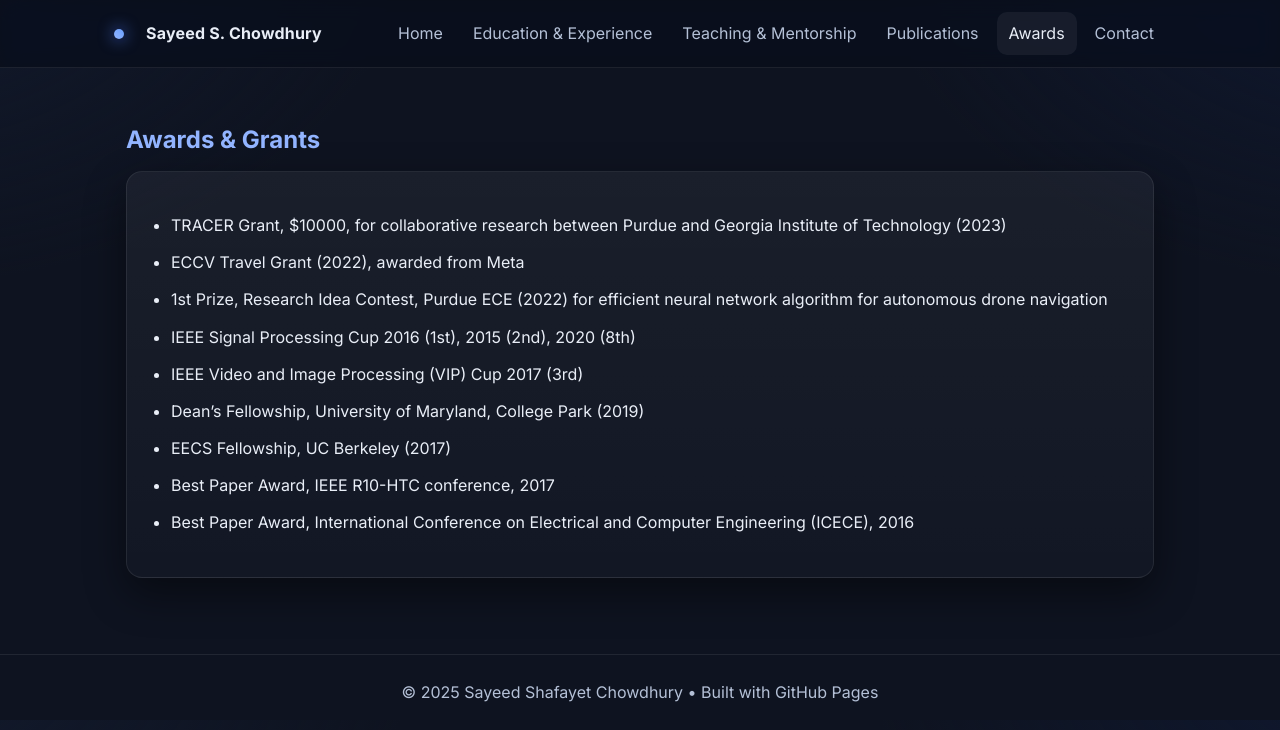
Repository: SayeedChowdhury/SayeedChowdhury.github.io
Page: awards.html
An editor plug-in stored every save of this project. The page is shown before and after the next save, followed by the edit.
The browser window is 1280 px wide. The pictures show the whole page.

Above is the page before, as saved 2025-08-11 12:02:53.

### awards.html
<!doctype html>
<html lang="en">
<head>
  <meta charset="utf-8">
  <meta name="viewport" content="width=device-width, initial-scale=1">
  <title>Awards • Sayeed S. Chowdhury</title>
  <link rel="preconnect" href="https://fonts.googleapis.com">
  <link rel="preconnect" href="https://fonts.gstatic.com" crossorigin>
  <link href="https://fonts.googleapis.com/css2?family=Inter:wght@400;600;700&display=swap" rel="stylesheet">
  <link rel="stylesheet" href="assets/style.css">
</head>
<body>
<div class="nav">
  <div class="inner container">
    <div class="brand"><span class="dot"></span> <a href="index.html" style="text-decoration:none;color:inherit;">Sayeed S. Chowdhury</a></div>
    <div style="margin-left:auto; display:flex; gap:6px; flex-wrap:wrap">
      <a href="index.html" class="">Home</a>
      <a href="edu-exp.html" class="">Education & Experience</a>
      <a href="teaching.html" class="">Teaching & Mentorship</a>
      <!-- <a href="research.html" class="">Research</a> -->
      <a href="publications.html" class="">Publications</a>
      <a href="awards.html" class="active">Awards</a>
      <a href="contact.html" class="">Contact</a>
    </div>
  </div>
</div>
<div class="container">

<section class="section">
  <!-- <div class="kicker">Recognition</div> -->
  <h2>Awards & Grants</h2>
  <div class="card">
    <ul class="list">
      <li>TRACER Grant, $10000, for collaborative research between Purdue and Georgia Institute of Technology (2023)</li>
      <li>ECCV Travel Grant (2022), awarded from Meta</li>
      <li>1st Prize, Research Idea Contest, Purdue ECE (2022) for efficient neural network algorithm for autonomous drone navigation</li>
      <li>IEEE Signal Processing Cup 2016 (1st), 2015 (2nd), 2020 (8th)</li>
      <li>IEEE Video and Image Processing (VIP) Cup 2017 (3rd)</li>
      <li>Dean’s Fellowship, University of Maryland, College Park (2019)</li>
      <li>EECS Fellowship, UC Berkeley (2017)</li>
      <li>Best Paper Award, IEEE R10-HTC conference, 2017</li>
      <li>Best Paper Award, International Conference on Electrical and Computer Engineering (ICECE), 2016</li>
    </ul>
  </div>
</section>

</div>
<div class="footer">© 2025 Sayeed Shafayet Chowdhury • Built with GitHub Pages</div>
</body>
</html>

### assets/style.css

:root{
  --bg:#0e1320;
  --bg-grad1:#121a2d;
  --panel:#151b2e;
  --panel-2:#101626;
  --ink:#e9eef7;
  --muted:#b4c0d6;
  --navy:#92b4ff;
  --gold:#f3c77a;
  --border:rgba(255,255,255,.08);
  --shadow:0 16px 40px rgba(0,0,0,.45);
  --radius:16px;
}

*{box-sizing:border-box}
html,body{height:100%}
body{
  margin:0;
  color:var(--ink);
  background:
    radial-gradient(900px 600px at -10% -10%, var(--bg-grad1) 0%, transparent 60%),
    radial-gradient(900px 600px at 110% -10%, #0f1830 0%, transparent 60%),
    var(--bg);
  font:16px/1.7 "Inter", system-ui, -apple-system, Segoe UI, Roboto, Helvetica, Arial;
  -webkit-font-smoothing:antialiased;
}

.container{max-width:1100px;margin:0 auto;padding:24px}

.nav{
  position:sticky; top:0; z-index:10;
  background:rgba(9,13,24,.7);
  backdrop-filter:saturate(170%) blur(10px);
  border-bottom:1px solid var(--border);
}
.nav .inner{display:flex; align-items:center; gap:16px; padding:12px 24px;}
.nav .brand{display:flex; align-items:center; gap:10px; font-weight:700; letter-spacing:.2px; color:var(--ink)}
.nav .brand .dot{width:10px;height:10px;border-radius:50%;background:linear-gradient(45deg,var(--navy),#6aa0ff); box-shadow:0 0 16px #4e79ff}
.nav a{color:var(--muted); text-decoration:none; padding:8px 12px; border-radius:10px}
.nav a.active, .nav a:hover{color:var(--ink); background:rgba(255,255,255,.06)}

.hero{
  display:grid; grid-template-columns:1.1fr .9fr; gap:28px; align-items:stretch;
  padding:48px 24px 12px;
}
.card{
  background:linear-gradient(180deg, rgba(255,255,255,.05), rgba(255,255,255,.02));
  border:1px solid var(--border);
  border-radius:var(--radius);
  box-shadow:var(--shadow);
  padding:24px;
}
h1{font-size:32px; margin:0 0 4px}
h2{font-size:24px;margin:16px 0 10px;color:var(--navy)}
h3{font-size:18px;margin:0 0 6px}
.lead{color:var(--muted); font-size:16px}
.badges{display:flex; flex-wrap:wrap; gap:10px; margin-top:14px}
.badge{background:rgba(146,180,255,.14); border:1px solid rgba(146,180,255,.4); color:#d9e4ff; padding:6px 10px; border-radius:999px; font-size:13px}

.row{display:flex; gap:18px; flex-wrap:wrap; align-items:center}
.cta{display:flex; gap:12px; flex-wrap:wrap; margin-top:12px}
.button{display:inline-flex;align-items:center;gap:10px;padding:12px 16px;border-radius:12px;border:1px solid var(--border);background:rgba(146,180,255,.16);color:var(--ink);text-decoration:none;font-weight:600}
.button.secondary{background:rgba(255,255,255,.04)}

.headshot{width:160px;height:160px;border-radius:50%;object-fit:cover;border:3px solid rgba(255,255,255,.08);box-shadow:var(--shadow)}

.section{padding:12px}
.kicker{color:var(--gold);font-weight:700;letter-spacing:.4px;text-transform:uppercase;font-size:12px}

.list{padding-left:20px}
.list li{margin:10px 0}

.footer{border-top:1px solid var(--border); color:var(--muted); padding:24px; text-align:center; margin-top:40px}

@media (max-width: 900px){
  .hero{grid-template-columns:1fr}
}

@media print{
  .nav,.footer,.cta{display:none}
  body{background:white;color:#111}
  .card{box-shadow:none}
}

/* General link style */
a {
  color: #f5c542; /* light gold color */
  text-decoration: none; /* optional: remove underline */
}

/* Hover effect */
a:hover {
  color: #ffdb70; /* slightly brighter gold */
  text-decoration: underline; /* optional: underline on hover */
}

/* Visited links (to avoid purple) */
a:visited {
  color: #f5c542;
}

After the next save:
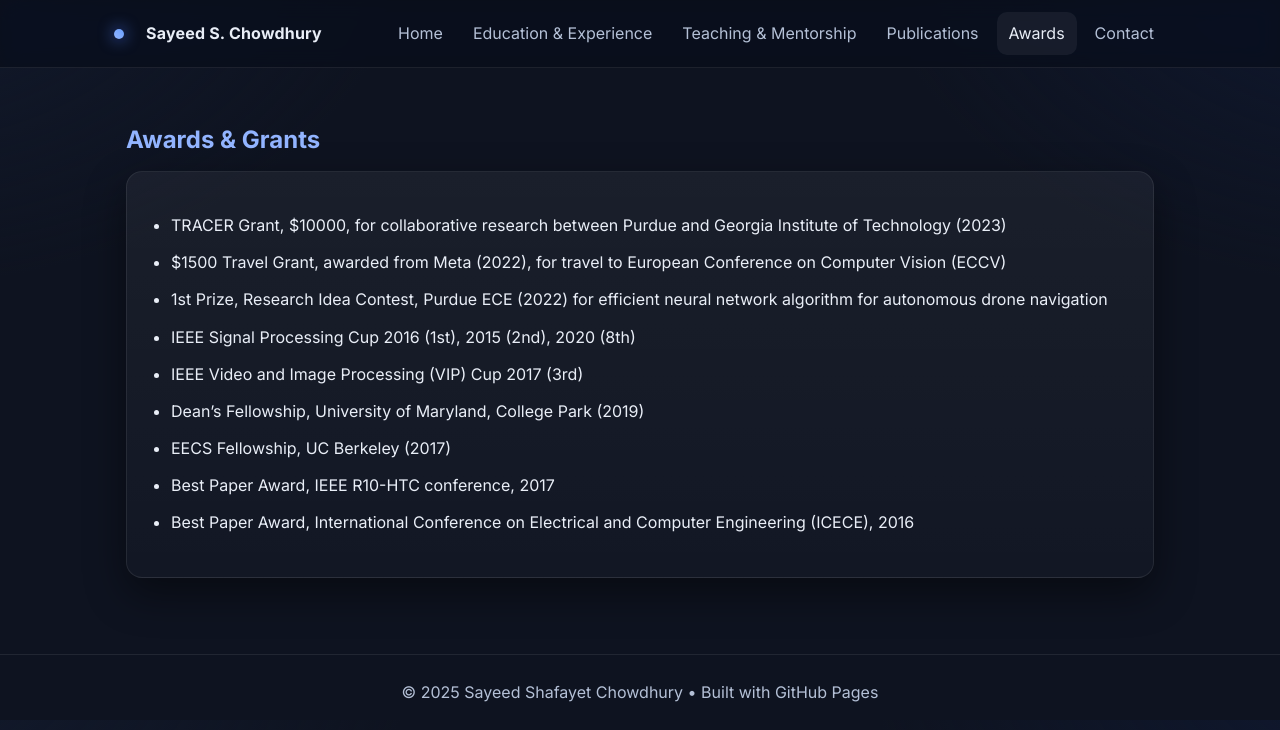
Saved 69 s later.
--- a/awards.html
+++ b/awards.html
@@ -32,7 +32,7 @@
   <div class="card">
     <ul class="list">
       <li>TRACER Grant, $10000, for collaborative research between Purdue and Georgia Institute of Technology (2023)</li>
-      <li>ECCV Travel Grant (2022), awarded from Meta</li>
+      <li>$1500 Travel Grant, awarded from Meta (2022), for travel to European Conference on Computer Vision (ECCV)</li>
       <li>1st Prize, Research Idea Contest, Purdue ECE (2022) for efficient neural network algorithm for autonomous drone navigation</li>
       <li>IEEE Signal Processing Cup 2016 (1st), 2015 (2nd), 2020 (8th)</li>
       <li>IEEE Video and Image Processing (VIP) Cup 2017 (3rd)</li>
